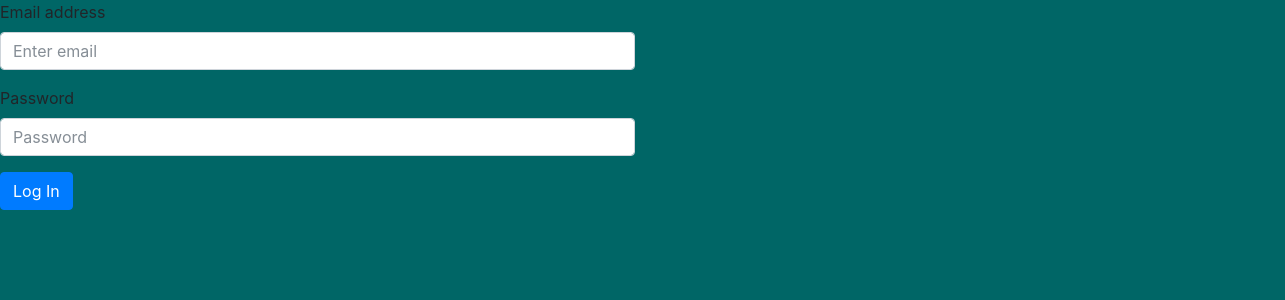
Repository: Ekirkman/GreatestBankOfAllTime
Page: http://localhost/Banking/login2.jsp
An editor plug-in stored every save of this project. The page is shown before and after the next save, followed by the edit.
The browser window is 1280 px wide. The page is 1285 px wide, then 1280 px, so the pictures cover 1285 px, including what lies to the right of the window. The pictures show the whole page.
Some web libraries are served in a nearby version. The page is served by Tomcat 9. Other server files are loaded and not shown.

Above is the page before, as saved 2018-01-10 21:07:44.

### Banking/WebContent/login2.jsp
<%@ page language="java" contentType="text/html; charset=UTF-8"
    pageEncoding="UTF-8"%>
<!DOCTYPE html PUBLIC "-//W3C//DTD HTML 4.01 Transitional//EN" "http://www.w3.org/TR/html4/loose.dtd">
<html>
<head>
<meta http-equiv="Content-Type" content="text/html; charset=UTF-8">
<title>Login here</title>
<link rel="stylesheet" type="text/css" href="./styles/style.css">
<link rel="stylesheet" href="https://maxcdn.bootstrapcdn.com/bootstrap/4.0.0-beta.2/css/bootstrap.min.css" integrity="sha384-PsH8R72JQ3SOdhVi3uxftmaW6Vc51MKb0q5P2rRUpPvrszuE4W1povHYgTpBfshb" crossorigin="anonymous">
</head>
<body class="mybody" >
<form>
<div class="form-row">
  <div class="form-group col-md-6">
    <label for="exampleInputEmail1">Email address</label>
    <input type="email" class="form-control " id="exampleInputEmail1" aria-describedby="emailHelp" placeholder="Enter email">
  </div> </div>
  <div class="form-row">
  <div class="form-group col-md-6">
    <label for="exampleInputPassword1">Password</label>
    <input type="password" class="form-control" id="exampleInputPassword1" placeholder="Password">
  </div> </div>
  <button type="submit" class="btn btn-primary">Log In</button>
</form>
</body>
</html>

### Banking/WebContent/styles/style.css
.mybody{background-color: #006666;}

.container{width: 100px; height: 100px;}

After the next save:
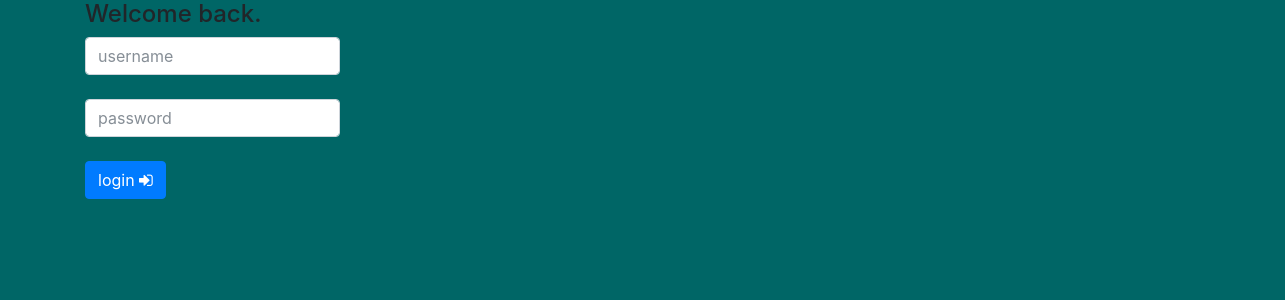
Saved 3 min 33 s later.
--- a/Banking/WebContent/login2.jsp
+++ b/Banking/WebContent/login2.jsp
@@ -5,22 +5,31 @@
 <head>
 <meta http-equiv="Content-Type" content="text/html; charset=UTF-8">
 <title>Login here</title>
+<link href="//maxcdn.bootstrapcdn.com/font-awesome/4.2.0/css/font-awesome.min.css" rel="stylesheet">
 <link rel="stylesheet" type="text/css" href="./styles/style.css">
 <link rel="stylesheet" href="https://maxcdn.bootstrapcdn.com/bootstrap/4.0.0-beta.2/css/bootstrap.min.css" integrity="sha384-PsH8R72JQ3SOdhVi3uxftmaW6Vc51MKb0q5P2rRUpPvrszuE4W1povHYgTpBfshb" crossorigin="anonymous">
 </head>
 <body class="mybody" >
 <form>
-<div class="form-row">
-  <div class="form-group col-md-6">
-    <label for="exampleInputEmail1">Email address</label>
-    <input type="email" class="form-control " id="exampleInputEmail1" aria-describedby="emailHelp" placeholder="Enter email">
-  </div> </div>
-  <div class="form-row">
-  <div class="form-group col-md-6">
-    <label for="exampleInputPassword1">Password</label>
-    <input type="password" class="form-control" id="exampleInputPassword1" placeholder="Password">
-  </div> </div>
-  <button type="submit" class="btn btn-primary">Log In</button>
+<div class="container">
+    <div class="row">
+        <div class="col-md-offset-5 col-md-3">
+            <div class="form-login">
+            <h4>Welcome back.</h4>
+            <input type="text" id="userName" class="form-control input-sm chat-input" placeholder="username" />
+            </br>
+            <input type="text" id="userPassword" class="form-control input-sm chat-input" placeholder="password" />
+            </br>
+            <div class="wrapper">
+            <span class="group-btn">
+                <a href="#" class="btn btn-primary btn-md">login <i class="fa fa-sign-in"></i></a>
+            </span>
+            </div>
+            </div>
+
+        </div>
+    </div>
+</div>
 </form>
 </body>
 </html>
